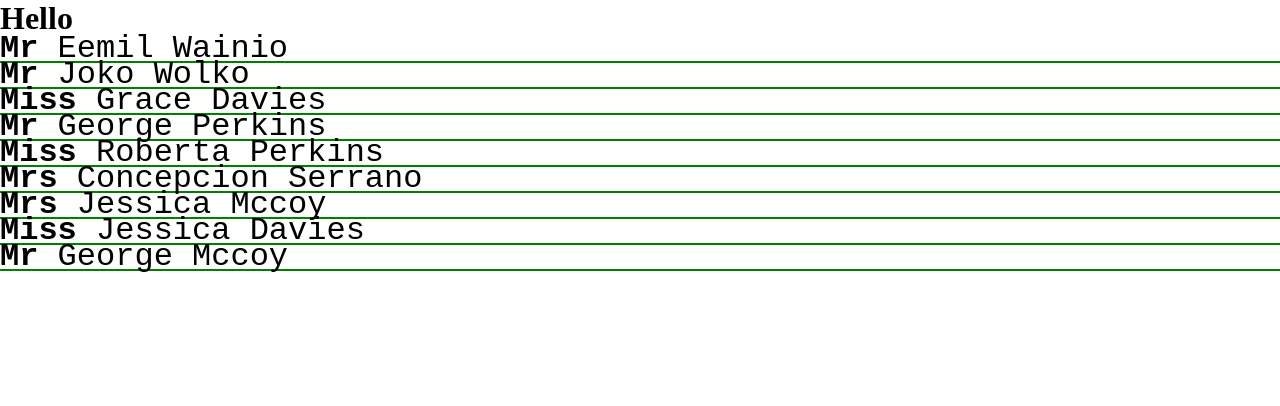
Repository: KrzysKolo/sr_tydzien5_zad4
Page: /
An editor plug-in stored every save of this project. The page is shown before and after the next save, followed by the edit.
The browser window is 1280 px wide. The pictures show the whole page.
The project was rebuilt for these pictures with package versions that can differ from the ones it lists, and the page was loaded fresh each time.

Above is the page before, as saved 2021-01-03 04:54:58.

### public/index.html
<!DOCTYPE html>
<html lang="en">
  <head>
    <meta charset="utf-8" />
    <link rel="icon" href="%PUBLIC_URL%/favicon.ico" />
    <meta name="viewport" content="width=device-width, initial-scale=1" />
    <meta name="theme-color" content="#000000" />
    <meta
      name="description"
      content="Web site created using create-react-app"
    />
    <link rel="apple-touch-icon" href="%PUBLIC_URL%/logo192.png" />
    <!--
      manifest.json provides metadata used when your web app is installed on a
      user's mobile device or desktop. See https://developers.google.com/web/fundamentals/web-app-manifest/
    -->
    <link rel="manifest" href="%PUBLIC_URL%/manifest.json" />
    <!--
      Notice the use of %PUBLIC_URL% in the tags above.
      It will be replaced with the URL of the `public` folder during the build.
      Only files inside the `public` folder can be referenced from the HTML.

      Unlike "/favicon.ico" or "favicon.ico", "%PUBLIC_URL%/favicon.ico" will
      work correctly both with client-side routing and a non-root public URL.
      Learn how to configure a non-root public URL by running `npm run build`.
    -->
    <title>User search</title>
  </head>
  <body>
    <noscript>You need to enable JavaScript to run this app.</noscript>
    <div id="root"></div>
    <!--
      This HTML file is a template.
      If you open it directly in the browser, you will see an empty page.

      You can add webfonts, meta tags, or analytics to this file.
      The build step will place the bundled scripts into the <body> tag.

      To begin the development, run `npm start` or `yarn start`.
      To create a production bundle, use `npm run build` or `yarn build`.
    -->
  </body>
</html>

### src/App.js
import React from 'react';
import UsersContainer from './components/UsersContainer';
import './App.css';


const App = () => {

  return (
    <>
      <h1>Hello</h1>
      <UsersContainer/>
    </>
  )
}

export default App;

### src/components/UsersContainer.js
import React, { useState, useEffect } from 'react';


const UsersContainer = () => {

  const UsersAPI = '/users.json';

  const [ users, setUsers ] = useState([]);

  useEffect(() => {

    fetch(UsersAPI)
      .then(res => res.json())
      .then(data => {
        console.log(data.users);
        setUsers(data.users);
      })
    }, []);

    const user = users.map(user => (
      <li className="user" key={user.id}><b>{user.title}</b> {user.first} {user.last}</li>
    ))
    return (
        <ul>
					{user}
        </ul>
    )
}

export default UsersContainer;

### src/App.css
* {
  box-sizing: border-box;
  padding: 0;
  margin: 0;
}
.user {
  font-size: 2rem;
  font-family: "Courier New", Courier, monospace;
  line-height: 24px;
  border-bottom: 2px solid green;
}

### public/users.json
{
    "users": [
      {
        "id": 1,
        "title": "Mr",
        "first": "Eemil",
        "last": "Wainio"
       },
      {
        "id": 2,
        "title": "Mr",
        "first": "Joko",
        "last": "Wolko"
      },
      {
        "id": 3,
        "title": "Miss",
        "first": "Grace",
        "last": "Davies"
      },
      {
        "id": 4,
        "title": "Mr ",
        "first": "George ",
        "last": "Perkins"
      },
      {
        "id": 5,
        "title": "Miss",
        "first": "Roberta ",
        "last": "Perkins"
      },
      {
        "id": 6,
        "title": "Mrs ",
        "first": "Concepcion ",
        "last": "Serrano"
      },
      {
        "id": 7,
        "title": "Mrs ",
        "first": "Jessica ",
        "last": "Mccoy"
      },
      {
        "id": 8,
        "title": "Miss",
        "first": "Jessica",
        "last": "Davies"
      },
      {
        "id": 9,
        "title": "Mr",
        "first": "George",
        "last": "Mccoy"
      }
    ]
  }

Loaded but not shown: src/index.js (common file)

After the next save:
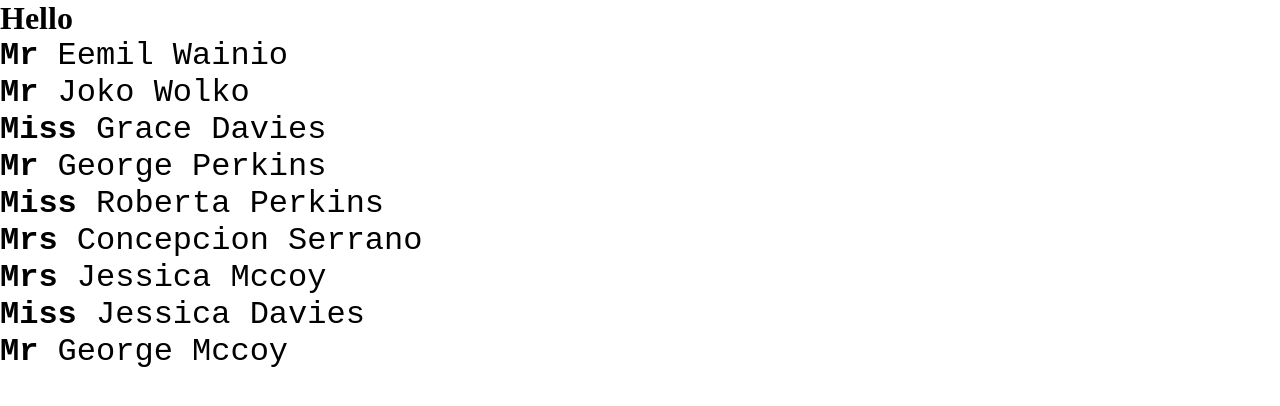
Saved 19 s later.
--- a/src/App.css
+++ b/src/App.css
@@ -6,6 +6,6 @@
 .user {
   font-size: 2rem;
   font-family: "Courier New", Courier, monospace;
-  line-height: 24px;
+  padding: 1rem
   border-bottom: 2px solid green;
 }
